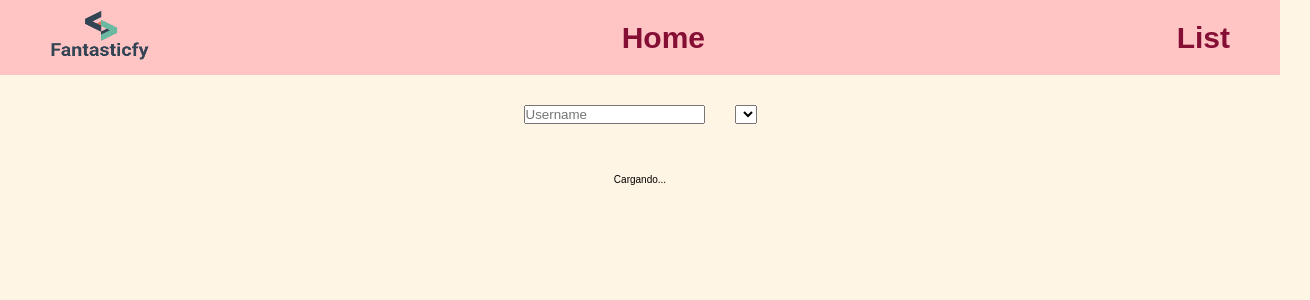
Repository: ChristianGecchelin/fullstack-react-node-fantasticfy
Page: /user-list (app in front/)
These files come from the project's save history. The page is drawn as it stood at one moment and after the next save; the edit follows.
The browser window is 1280 px wide. The page is 1280 px wide, then 1310 px, so the pictures cover 1310 px, including what lies to the right of the window. The pictures show the whole page.
The page's requests for data from a server got no answer. The project was rebuilt for these pictures with package versions that can differ from the ones it lists, and the page was loaded fresh each time. No one was signed in, and anything a server would have sent is missing. Also part of the build but not shown: front/src/Components/UserCard/index.css, front/src/Components/UserCard/index.jsx, front/src/Pages/UserProfile.jsx, front/src/App.css.

Above is the page before, as saved 2022-09-05 18:04:59.

### front/src/index.css
:root{
  --main-color:#FFF5E4;
  --secondary-color:#FFC4C4;
  --third-color:#EE6983;
  --fourth-color:#850E35;
}
* {
  margin: 0;
  padding: 0;
  box-sizing: border-box;
}
html {
  font-size: 62.5%;
  font-family: sans-serif;
}
html,body{
  background-color:var(--main-color)
}
ul{
  list-style: none;
}
a{
  text-decoration: none;
}

### front/src/App.js
import { Routes, Route, Link } from "react-router-dom";
import { UserList } from "./Pages/UserList";
import { UserProfile } from "./Pages/UserProfile";
import { Nav } from "./Components/nav/Nav";
import "./App.css";

function App() {
  return (
    <div className="App">
      <Nav />
      <Routes>
        <Route path="/user-list" element={<UserList />} />
        <Route path="/user-profile/:id" element={<UserProfile />} />
      </Routes>
    </div>
  );
}

export default App;

### front/src/Pages/UserList.jsx
import { useEffect, useState } from "react";
import axios from "axios";
import { UserCard } from "../Components/UserCard";
import "./index.css";
export const UserList = () => {
  const [list, setList] = useState([]);
  const [inmutableList, setInmutableList] = useState([]);
  const [genderArray, setGenderArray] = useState([]);
  const [selectValue, setSelectValue] = useState("");
  const [input, setInput] = useState("");

  const getGenderArray = () => {
    if (list) {
      const genders = inmutableList.map((user) => {
        return user.gender;
      });
      let result = genders.filter((item, index) => {
        return genders.indexOf(item) === index;
      });
      setGenderArray(result);
    }
  };
  const getUsers = async () => {
    const response = await axios.get("http://localhost:5005/users");
    setList(response.data);
    setInmutableList(response.data);
  };

  const filterUsersBySelect = () => {
    const filter = inmutableList.filter((user) => {
      return user.gender === selectValue;
    });
    setList(filter);
  };

  const filterByName = () => {
    let result = inmutableList.filter(
      (el) =>
        el.first_name.includes(input) ||
        el.last_name.includes(input) ||
        el.username.includes(input)
    );

    setList(result);
  };

  const handleChangeInput = (e) => {
    setInput(e.target.value);
  };

  const handleChangeSelect = (e) => {
    setSelectValue(e.target.value);
  };

  useEffect(() => {
    getUsers();
  }, []);

  useEffect(() => {
    getGenderArray();
  }, [list]);

  useEffect(() => {
    filterUsersBySelect();
  }, [selectValue]);
  useEffect(() => {
    filterByName();
  }, [input]);
  return (
    <section className="section-page">
      <div className="container--search-bar">
        <input
          type="text"
          value={input}
          onChange={handleChangeInput}
          placeholder="Username"
        />
        <select value={selectValue} onChange={handleChangeSelect}>
          {genderArray.map((gender) => {
            return (
              <option key={gender} value={gender}>
                {gender}
              </option>
            );
          })}
        </select>
      </div>
      <div className="card-list">
        {list.length > 0 ? (
          list.map((user) => {
            return (
              <UserCard
                key={user.id}
                user={user}
                users={list}
                setInmutableList={setInmutableList}
                setList={setList}
              />
            );
          })
        ) : (
          <p>Cargando...</p>
        )}
      </div>
    </section>
  );
};

### front/src/Components/nav/Nav.jsx
import React from "react";
import { Link } from "react-router-dom";
import logo from "../../Assets/logo-fantasticfy.webp";
import "./index.css";
export const Nav = () => {
  return (
    <nav>
      <ul>
        <li>
          <Link to="/">
            <img src={logo} alt="fantasticfy" />
          </Link>
        </li>
        <li>
          <Link to="/">
            <h2>Home</h2>
          </Link>
        </li>
        <li>
          <Link to="/user-list">
            <h2>List</h2>
          </Link>
        </li>
      </ul>
    </nav>
  );
};

### front/src/Pages/index.css
.section-page{
    display: flex;
    flex-direction: column;
    flex-wrap: wrap;
    justify-content: center;
    align-items: center;
    padding: 30px;
    gap: 50px;
}
.container--search-bar{
    display: flex;
    flex-direction: row;
    gap: 30px;
}

.card-list{
    display: flex;
    flex-direction: row;
    flex-wrap: wrap;
    justify-content: center;
    align-items: center;
    gap: 60px;
}
.container-user{
    display: flex;
    flex-direction: row;
    justify-content: center;
    align-items:center;
    flex-wrap: wrap;
    gap: 50px;
    padding: 50px 10px;
}
.container-user .img-user{
    height: 250px;
}
.section-relatedUsers{
    display: flex;
    flex-direction: column;
    justify-content: center;
    align-items:center;
    width:100%;
    gap: 60px;
}
.container-relatedUsers{
    display: flex;
    flex-direction: row;
    flex-wrap: wrap;
    justify-content: center;
    align-items:center;
    gap: 60px;
}
.container-info{
    display: flex;
    flex-direction: column;
    justify-content: flex-end;
    align-items:flex-start;
    font-size: 2rem;
    text-align: left;
    gap: 5px;
}

### front/src/Components/nav/index.css
nav{
    height: auto;
    background-color: var(--secondary-color);
}
nav ul{
    display: flex;
    flex-direction: row;
    justify-content: space-between;
    align-items: center;
    padding: 10px 50px;
}
nav a{
    font-size: 2rem;
    line-height: 2.3rem;
    color: var(--fourth-color);
}
nav img{
    width: 100px;
    height: 50px;
}
nav a:visited{
    color: var(--fourth-color);
}

Loaded but not shown: front/public/index.html (common file); front/src/index.js (common file)

After the next save:
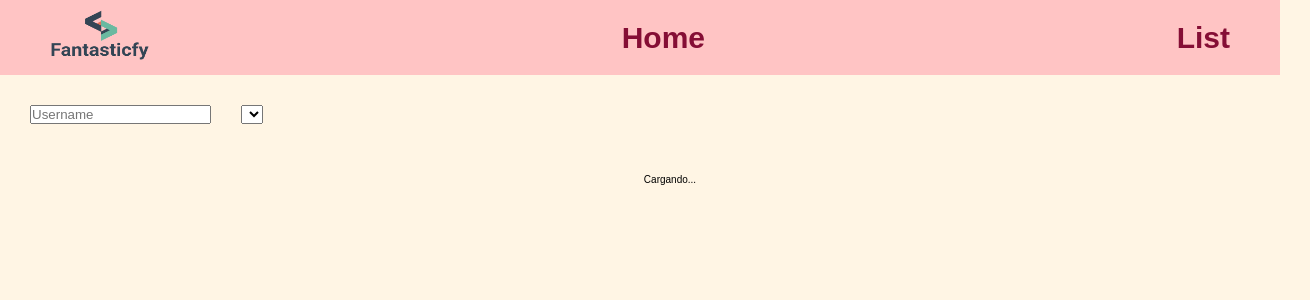
Saved 11 s later.
--- a/front/src/Pages/index.css
+++ b/front/src/Pages/index.css
@@ -11,6 +11,7 @@
     display: flex;
     flex-direction: row;
     gap: 30px;
+    width: 100vw;
 }
 
 .card-list{
